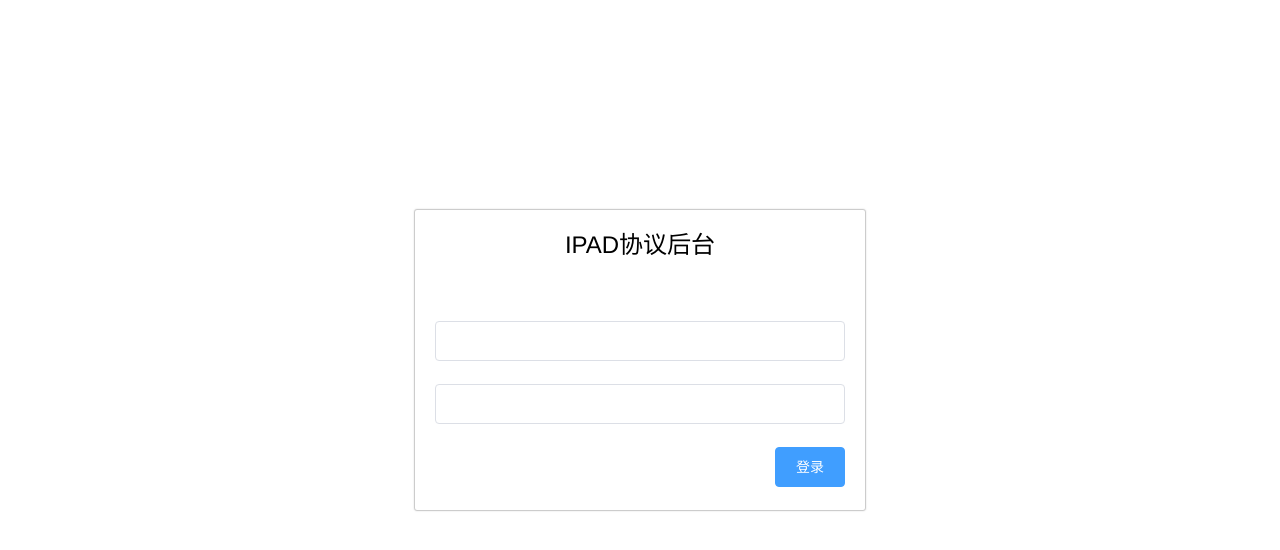
Repository: Iamanuan/ipad_admin
Page: /
An editor plug-in stored every save of this project. The page is shown before and after the next save, followed by the edit.
The browser window is 1280 px wide. The pictures show the whole page.
The project was rebuilt for these pictures with package versions that can differ from the ones it lists, and the page was loaded fresh each time. Also part of the build but not shown: vue.config.js.

Above is the page before, as saved 2020-05-07 13:44:31.

### src/main.js
import Vue from 'vue'
import App from './App.vue'
import router from './router'
import './plugins/element.js'

//

Vue.config.productionTip = false

new Vue({
  router,
  render: h => h(App)
}).$mount('#app')

### src/router/index.js
import Vue from 'vue'
import VueRouter from 'vue-router'

Vue.use(VueRouter)

const Login = () => import('../components/Login.vue')
const Home = () => import('../views/Home.vue')

const routes = [
  {
    path: '/',
    redirect: '/login'
  },
  {
    path: '/login',
    component: Login
  },
  {
    path: '/home',
    component: Home
  }
]

const router = new VueRouter({
  routes
})

export default router

### src/components/Login.vue
<template>
  <div class="login_container">
    <div class="login_box">
      <!-- 管理后台名称区域 -->
      <div class="login_title">IPAD协议后台</div>
      <!-- 登录表单区域 -->
      <el-form label-width="0px" class="login_form">
        <!-- 用户名 -->
        <el-form-item>
          <el-input></el-input>
        </el-form-item>
        <!-- 密码 -->
        <el-form-item>
          <el-input></el-input>
        </el-form-item>
        <!-- 按钮区域 -->
        <el-form-item class="btns">
          <el-button type="primary">登录</el-button>
        </el-form-item>
      </el-form>
    </div>
  </div>
</template>

<script>
export default {
  name: 'login'
}
</script>

<style lang='less' scoped>
.login_container {
  background-color: #2b4b6b;
  height: 100%;
}

.login_box {
  width: 450px;
  height: 300px;
  background-color: #ffffff;
  border-radius: 3px;
  position: absolute;
  top: 50%;
  left: 50%;
  transform: translate(-50%, -50%);
  box-shadow: 0 0 2px #dddddd;
  border: 1px solid #cccccc;

  .login_title{
    font-size: x-large;
    text-align: center;
    height: 69px;
    line-height: 69px;
    font-family: "Helvetica Neue",Helvetica,"PingFang SC","Hiragino Sans GB","Microsoft YaHei","微软雅黑",Arial,sans-serif;
  }
}

.login_form{
  position: absolute;
  bottom: 0;
  padding: 0 20px;
  width: 100%;
  box-sizing: border-box;
}

.btns{
  display: flex;
  justify-content: end;
}
</style>

Loaded but not shown: public/index.html (common file); src/App.vue (common file); src/plugins/element.js (common file)

After the next save:
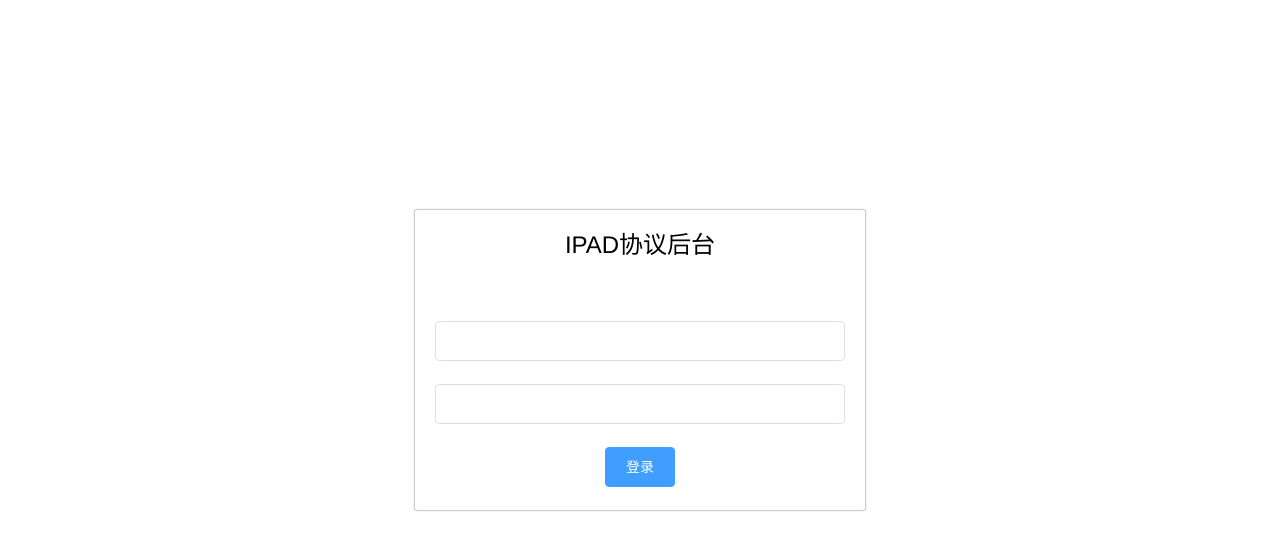
Saved 71 s later.
--- a/src/components/Login.vue
+++ b/src/components/Login.vue
@@ -65,6 +65,6 @@ export default {
 
 .btns{
   display: flex;
-  justify-content: end;
+  justify-content: center;
 }
 </style>
